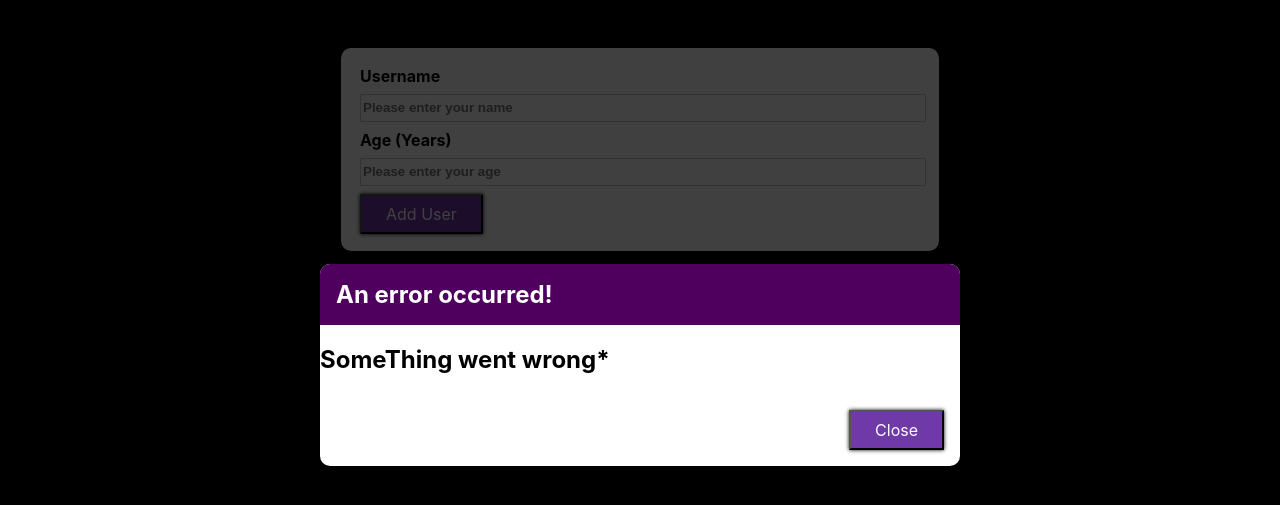
Repository: NamalPathirana/section-eight
Page: /
An editor plug-in stored every save of this project. The page is shown before and after the next save, followed by the edit.
The browser window is 1280 px wide. The pictures show the whole page.
The project was rebuilt for these pictures with package versions that can differ from the ones it lists, and the page was loaded fresh each time. Also part of the build but not shown: src/App.module.css.

Above is the page before, as saved 2021-12-07 05:11:10.

### src/index.css
body {
  margin: 0;
  padding: 0%;
  height: 100%;
  width: 100%;
  display: flex;
  flex-direction: column;
  background-color: black;
  font-family: -apple-system, BlinkMacSystemFont, 'Segoe UI', 'Roboto', 'Oxygen',
    'Ubuntu', 'Cantarell', 'Fira Sans', 'Droid Sans', 'Helvetica Neue',
    sans-serif;
  -webkit-font-smoothing: antialiased;
  -moz-osx-font-smoothing: grayscale;
}

code {
  font-family: source-code-pro, Menlo, Monaco, Consolas, 'Courier New',
    monospace;
}

### src/App.js
import styles from "./App.module.css";
import react, { useState } from "react";
import UserInput from "./Components/UserInput/UserInput";
import UserList from "./Components/UserList/UserList";
import Card from "./UI/Card/Card";

function App() {
  const [listOfEntries, SetListOfEntries] = useState([
    { key: 0, name: "Dave", age: "000" },
    { key: 1, name: "looper", age: "29" },
  ]);

  const UserEntryCallbackHandler = (props) => {
    SetListOfEntries((prevListOfEntries) => {
      const tempList = [...prevListOfEntries];
      tempList.unshift({
        key: Math.random(),
        name: props.name,
        age: props.age,
      });
      return tempList;
    });
    console.log(listOfEntries);
  };

  const entryDeletionCallback = (entryKey) => {
    SetListOfEntries((perEntry) => {
      const updatedEntries = perEntry.filter((entry) => {
        return entry.key !== entryKey;
      });
      return updatedEntries;
    });
  };

  let UserInfoSegment = <Card><h3 className={styles.block}>No Entries Exists To Display</h3></Card>;

  if (listOfEntries.length > 0) {
    UserInfoSegment = (
      <UserList
        items={listOfEntries}
        deletionHandler={entryDeletionCallback}
      ></UserList>
    );
  }

  return (
    <div className="App">
      <section>
        <UserInput onUserEntry={UserEntryCallbackHandler}></UserInput>
      </section>
      <section>
      {UserInfoSegment}
      </section>
    </div>
  );
}

export default App;

### src/Components/UserInput/UserInput.js
import Button from "../../UI/Button/Button";
import styles from "./UserInput.module.css";
import { useState } from "react";
import Card from "../../UI/Card/Card";
import ErrorModal from "../../UI/ErrorModal/ErrorModal";

const UserInput = (props) => {
  const userEntry = { key: 0, name: "lol", age: "25" };

  const [username, SetUserName] = useState("");
  const [age, SetAge] = useState("");
  const [isValid, SetIsValid] = useState(true);
  const [error, SetError] = useState();

  const NameInputHandler = (props) => {
    SetUserName(props.target.value);

    if (props.target.value.length > 0) {
      SetIsValid(true);
    }
    // console.log('[UserInput.js / userName : ]'+username)
  };

  const AgeInputHandler = (props) => {
    SetAge(props.target.value);
    if (props.target.value.length > 0) {
      SetIsValid(true);
    }
    // console.log('[UserInput.js / userName : ]'+age);
  };

  const FormSubmitHandler = (event) => {
    event.preventDefault();

    if (username.length === 0) {
      SetIsValid(false);
      SetError({
        error: "Invalid User Name ",
        Message: "Please enter a valid user name. ",
      });
      return;
    }
    if (+age < 1) {
      SetIsValid(false);
      return;
    }

    userEntry.key = Math.random();
    userEntry.name = username;
    userEntry.age = age;

    props.onUserEntry(userEntry);

    SetUserName("");
    SetAge("");
  };

  return (
    <div>
      {
        <ErrorModal
          title="An error occurred!"
          message="SomeThing went wrong*"
        ></ErrorModal>
      }
      <Card>
        <form onSubmit={FormSubmitHandler}>
          <div className={styles.frame}>
            <label className={`${!isValid ? styles.inValid : ""}`}>
              Username
            </label>
            <input
              placeholder="Please enter your name"
              type="text"
              onChange={NameInputHandler}
              className={!isValid ? styles.inValid : ""}
              value={username}
            />
            <label className={`${!isValid ? styles.inValid : ""}`}>
              Age (Years)
            </label>
            <input
              placeholder="Please enter your age"
              type="number"
              max="120"
              maxLength="2"
              min="12"
              onChange={AgeInputHandler}
              value={age}
              className={`${!isValid ? styles.inValid : ""}`}
            />
            <Button name="Add User" type="submit"></Button>
          </div>
        </form>
      </Card>
    </div>
  );
};

export default UserInput;

### src/Components/UserList/UserList.js
import styles from './UserList.module.css';
import UserListItem from '../UserListItem/UserListItem'
import Card from '../../UI/Card/Card';


const UserList = (props) => {

    const listUserItems = props.items.map(row=>{
        return  <UserListItem key={row.key} name={row.name} age={row.age} clicked={()=>{props.deletionHandler(row.key)}}/>;
    });

    return(
        <Card>
        <div className={styles.frame}>
           {listUserItems}
        </div>
        </Card>
    );
}

export default UserList;

### src/UI/Card/Card.js
import styles from './Card.module.css';

const Card = (props) => {

    return (<div className={`${styles.card} ${props.className}`}>
        {props.children}
    </div>);

}

export default Card;

### src/UI/Button/Button.js
import styles from "./Button.module.css";

const Button = (props) => {
  return <button className={styles.button} type={props.type || 'button'}>{props.name}</button>;
};

export default Button;

### src/Components/UserInput/UserInput.module.css
.frame{

}

.frame input{
    display: block;
    font-weight: bold;
    border: 1px solid #ccc;
    line-height: 1.5rem;
    padding: 100 0.25rm;
    width: 100%;
    margin-bottom: 0.5rem;
}

.frame input:hover{
    border: 1px solid rgb(49, 45, 45);
}

label.inValid {
    color: red;
}

input.inValid {
    background-color: rgb(233, 161, 161);
    border: 1px solid red;
 }

.frame label{
    display: block;
    align-content: flex-start;
    font-weight: bold;
    margin-bottom: 0.5rem;
}

### src/UI/ErrorModal/ErrorModal.js
import styles from "./ErrorModal.module.css";
import Card from "../Card/Card";
import Button from "../Button/Button"

const ErrorModal = (props) => {
  return (
    <div className={styles.backdrop}>
    <Card className={styles.modal}>
      <header className={styles.header} ><h2>{props.title}</h2></header>
      <h2 className={styles.message}>{props.message}</h2>
      <footer className={styles.actions}><Button name="Close"></Button></footer>
    </Card>
    </div>
  );
};

export default ErrorModal;

### src/Components/UserList/UserList.module.css
.frame{

}

### src/Components/UserListItem/UserListItem.js
import styles from './UserListItem.module.css';


const UserListItem = (props) => {

    return(
        <div className={styles.list_item} onClick={props.clicked}>
            <h3>{props.name} ({props.age} Years Old)</h3>
        </div>
    );
}

export default UserListItem;

### src/UI/Card/Card.module.css
.card{
    margin: 0.5rem 0.5rem;
    padding: 1.1rem 1.2rem;
    width: 35rem;
    max-width: 90%;
    margin: 3rem auto;
    background-color: white;
    border-radius: 10px;
}

### src/UI/Button/Button.module.css
.button{
    font: inherit;
    padding: 0.5rem 1.5rem;
    background-color: rgb(112, 57, 168);
    color:white;
    box-shadow: 0 0 4px black;
    cursor: pointer;
    width: auto;
}

.button:focus{
    outline: none;
}

.button:hover,.button:active{
    background-color: rgb(185, 140, 231);
    border-color: rgb(185, 140, 231);
    box-shadow: 0 0 8px black;
}

### src/UI/ErrorModal/ErrorModal.module.css
.backdrop {
  position: fixed;
  top: 0;
  left: 0;
  width: 100%;
  height: 100vh;
  background: rgba(0, 0, 0, 0.75);
  z-index: 10;
}

.modal {
  position: fixed;
  top: 30vh;
  left: 10%;
  width: 80%;
  z-index: 100;
  overflow: hidden;
  padding: 0 !important;
}

.header {
  background: #4f005f;
  padding: 1rem;
}

.header h2 {
  color: white;
  margin: 0;
}

.content {
  padding: 1rem;
}

.actions {
  padding: 1rem;
  display: flex;
  justify-content: flex-end;
}

@media (min-width: 768px) {
  .modal {
    left: calc(50% - 20rem);
    width: 40rem;
  }
}

### src/Components/UserListItem/UserListItem.module.css
.list_item{
    border: 1px solid gray;
    display: block;
    padding: 0.5rem 0.3rem;
    margin: 3px 0px;

}

.list_item:hover{
    background-color: antiquewhite;
}

.list_item:active{
    background-color: rgb(251, 199, 199);
}


.list_item h3{
    margin: 0px;
}

Loaded but not shown: public/index.html (common file); src/index.js (common file); src/reportWebVitals.js (common file)

After the next save:
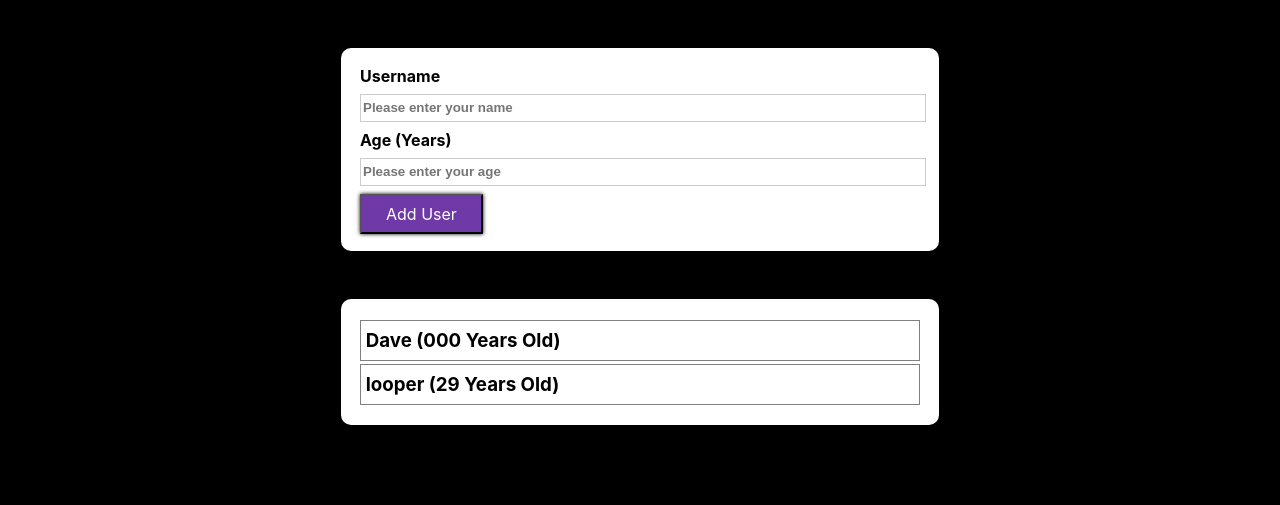
Saved 53 s later.
--- a/src/Components/UserInput/UserInput.js
+++ b/src/Components/UserInput/UserInput.js
@@ -58,9 +58,9 @@ const UserInput = (props) => {
   return (
     <div>
       {
-        <ErrorModal
-          title="An error occurred!"
-          message="SomeThing went wrong*"
+        error && <ErrorModal
+          title= {error.error}
+          message={error.message}
         ></ErrorModal>
       }
       <Card>
